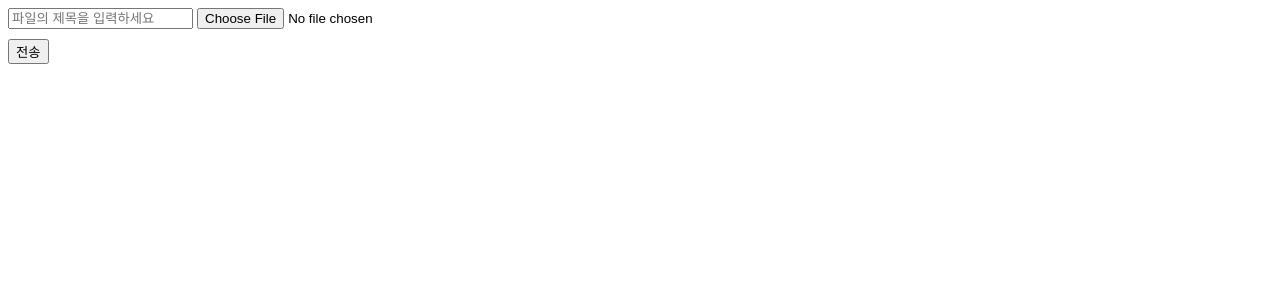
Repository: gudbrwkd98/JavaEE-JSP
Page: BoardApp/WebContent/gallery/send.html
The author's editor kept a copy of each file at every save. The page is drawn from the files as they stood at one save, then again after the next save.
The browser window is 1280 px wide. The pictures show the whole page.

Above is the page before, as saved 2020-12-04 02:39:25.
Console error: SyntaxError: Unexpected token ':'

After the next save:
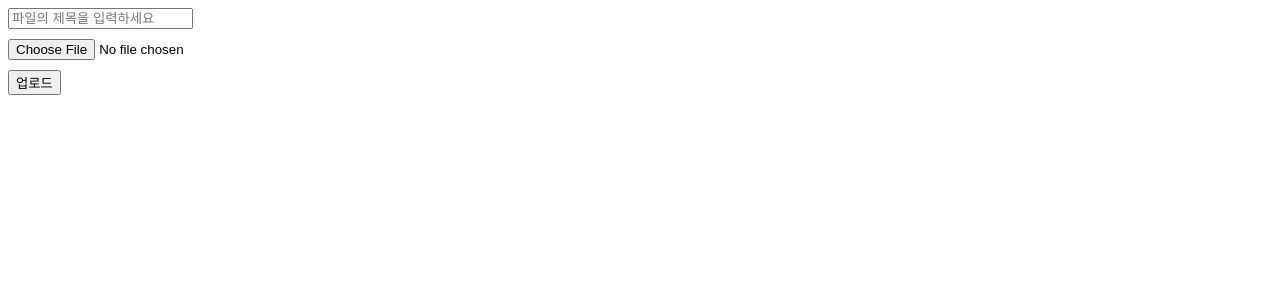
The error is gone.
Saved 11 min 57 s later.
--- a/BoardApp/WebContent/gallery/send.html
+++ b/BoardApp/WebContent/gallery/send.html
@@ -4,36 +4,28 @@
 <meta charset="utf-8">
 <title>Insert title here</title>
 <style type="text/css">
-*{margin-bottom: 10px;}
+*{margin-bottom:10px;}
 </style>
-<script src="https://ajax.googleapis.com/ajax/libs/jquery/3.5.1/jquery.min.js"></script>
-<script>
-/*function send() {
-	//서버에 제목및 파일을 전송하자
-	//서버에 전송한다는 것은 클라이언트로서 요청한다는 뜻이고
-	//흔히 쓰는 요청방법은 2가지
-	//업로드시 post get 중 어느것?
-	//데이터 량이많아서 post 로
-	//post 이용시 form 태그로 감싸줘야 정보전송가능
-	form1.action = "/gallery/upload.jsp";
-	form1.method = "POST"; //바이너리 파일 포함됧 경우 반드시 post 로 전송방식 설정
-	form1.submit(); //전송(요청)
-}*/
-
-$(function(){
-	$($("input[type='button']")).click(function(){ //목록으로
-		method:"post",
-		action:"/gallery/upload.jsp"
-	});
-	$("form").submit(); //전송행위!!!
-});
+<script type="text/javascript">
+function send(){
+	//서버에 제목 및 파일을 전송하자!
+	//서버에 전송한다는 것은, 클라이언트로서, 요청한다는 뜻이고
+	//흔히 쓰는 요청방법은 2가지가 잇따..(물론 여러종류가 더 있음)
+	//업로드시 Post, Get 중 어떤 방법을 써야하는가?
+	//데이터량이 많기 때문에 post 로 전송해야 한다.
+	//post로 전송하려면 입력양식의 범위를 설정하는 태그인 .form태그
+	//가 필요하다
+	form1.action="/gallery/upload.jsp";
+	form1.method="post"; //바이너리 파일을 포함될 경우 반드시  post로 ...
+	form1.submit();//전송(요청)
+}
 </script>
 </head>
 <body>
-  <form enctype="multipart/form-data">
-	<input type="text" name="msg" placeholder="파일의 제목을 입력하세요" >
-	<input type="file"><br>
-	<input type="button" value ="전송">
- </form>
+	<form name="form1" enctype="multipart/form-data">
+		<input type="text" name="msg" placeholder="파일의 제목을 입력하세요"><br>
+		<input type="file" name="photo"><br>
+		<button onClick="send()">업로드</button>
+	</form>
 </body>
 </html>
